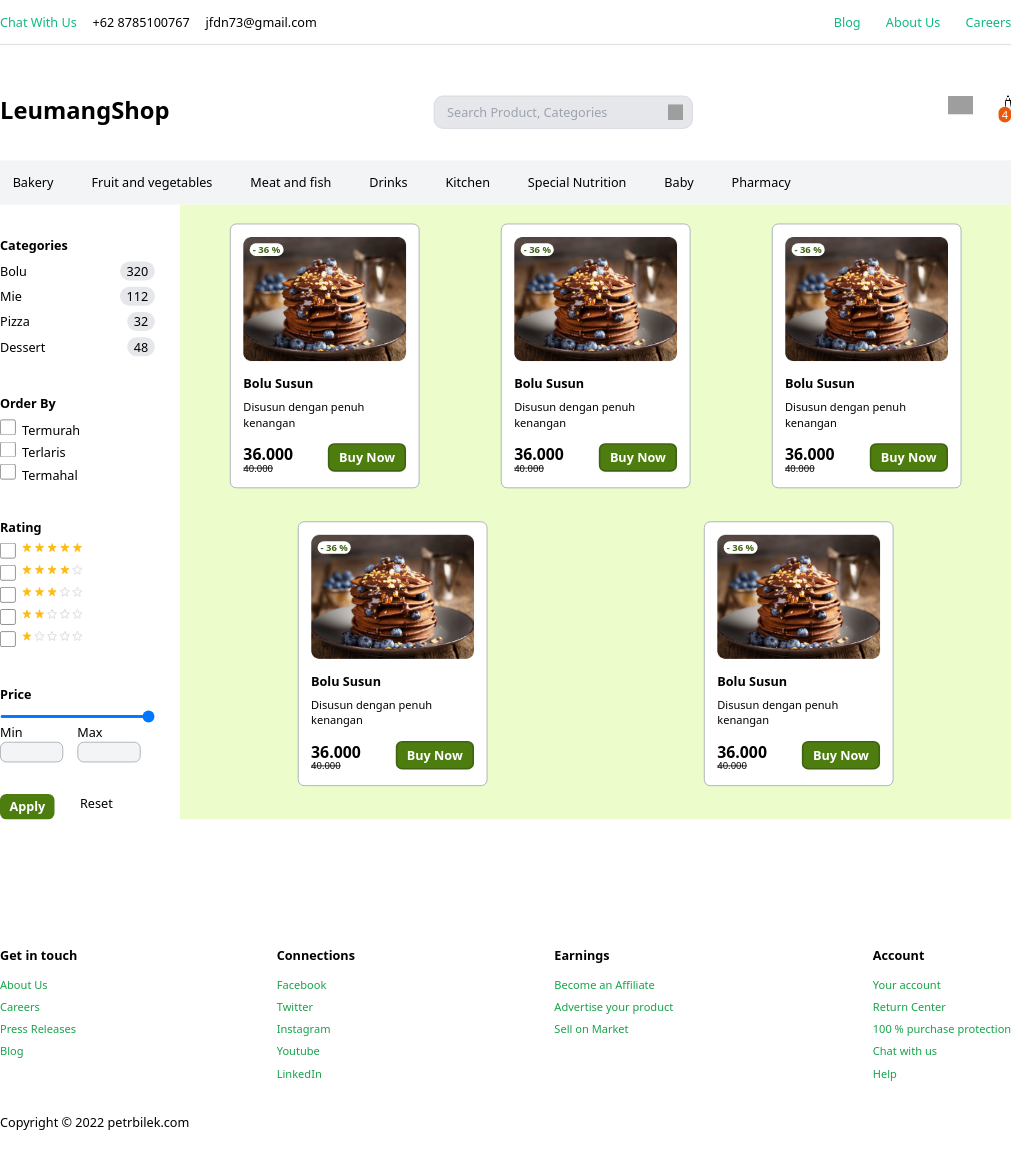
Repository: jafetdn73/ecommerce-tailwind
Page: /
An editor plug-in stored every save of this project. The page is shown before and after the next save, followed by the edit.
The browser window is 1280 px wide. The pictures show the whole page, at 79% of full size.
Pictures or frames that could not be fetched are drawn as grey boxes. The project was rebuilt for these pictures with package versions that can differ from the ones it lists, and the page was loaded fresh each time. Also part of the build but not shown: src/App.css.

Above is the page before, as saved 2022-03-14 15:48:01.

After the next save:
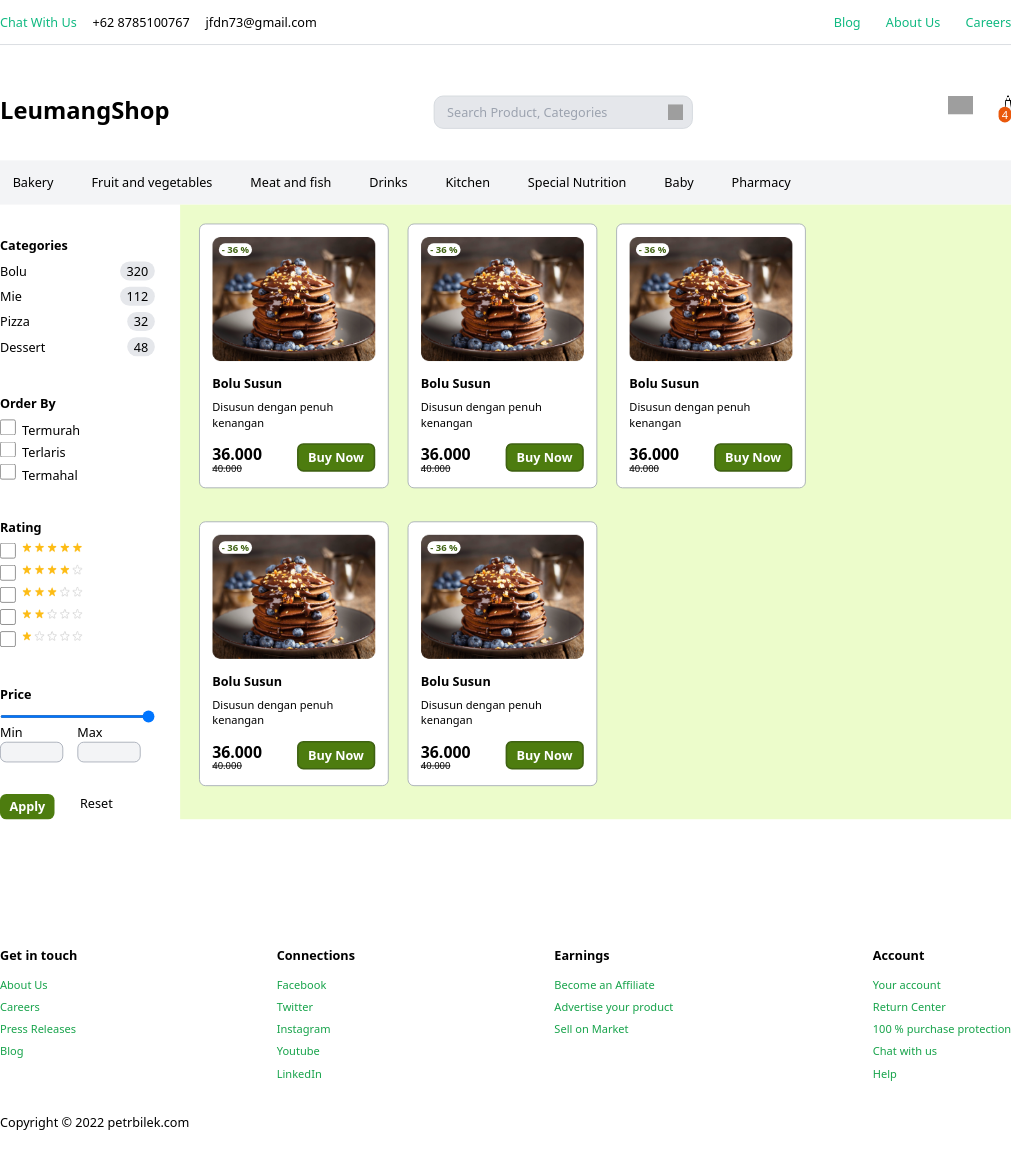
Saved 36 s later.
--- a/src/App.js
+++ b/src/App.js
@@ -174,7 +174,7 @@ function App() {
           </div>
         </div>
         {/* Container Content */}
-        <div className="flex flex-wrap bg-lime-100 w-full p-6 gap-6 justify-around" >
+        <div className="flex flex-wrap bg-lime-100 w-full p-6 gap-6" >
 
           <div className="w-60 h-fit p-4 bg-white border border-gray-400 rounded-lg">
             <div className="flex relative">
